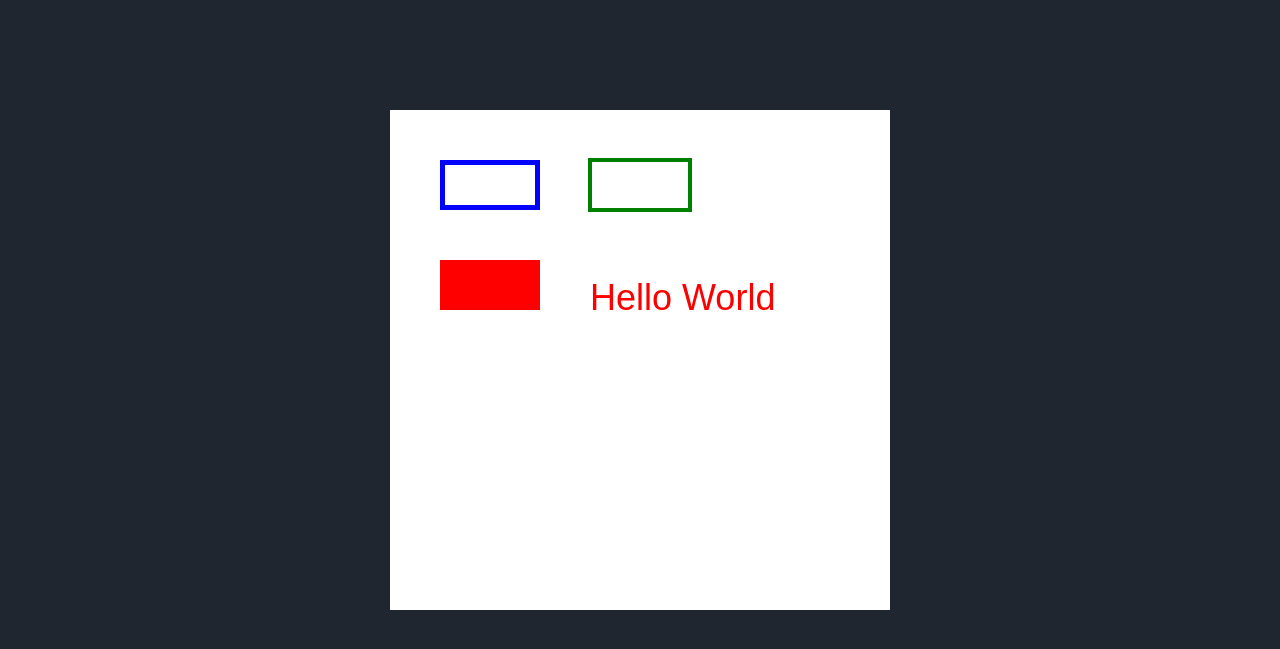
Repository: thecodeholic/cst-javascript-course
Page: /
An editor plug-in stored every save of this project. The page is shown before and after the next save, followed by the edit.
The browser window is 1280 px wide. The pictures show the whole page.
The project was rebuilt for these pictures with package versions that can differ from the ones it lists, and the page was loaded fresh each time.

Above is the page before, as saved 2020-11-25 09:41:21.

### index.html
<!doctype html>
<html lang="en">
  <head>
    <!-- Required meta tags -->
    <meta charset="utf-8">
    <meta name="viewport" content="width=device-width, initial-scale=1, shrink-to-fit=no">

    <!-- Bootstrap CSS -->
    <link rel="stylesheet" href="https://stackpath.bootstrapcdn.com/bootstrap/4.5.2/css/bootstrap.min.css" integrity="sha384-JcKb8q3iqJ61gNV9KGb8thSsNjpSL0n8PARn9HuZOnIxN0hoP+VmmDGMN5t9UJ0Z" crossorigin="anonymous">

    <title>Javascript Course</title>

    <link rel="stylesheet" href="app.css">
  </head>
  <body>
    <canvas id="myCanvas" width="500" height="500">Your browser does not support canvas</canvas>
    <script src="app.js"></script>
    <!-- <script src="homework.js"></script> -->
  </body>
</html>

### app.css
* {
    box-sizing: border-box;
}
html {
    height: 100%;
}

body {
    background-color: rgb(31, 38, 48);
    display: flex;
    align-items: center;
    justify-content: center;
    height: 100%;;
}

canvas {
    background-color: #FFF;

}

### app.js
// What is canvas?
// https://developer.mozilla.org/en-US/docs/Web/API/Canvas_API/Tutorial
// https://www.w3schools.com/html/html5_canvas.asp
// https://www.w3schools.com/graphics/canvas_intro.asp
// https://www.w3schools.com/graphics/canvas_reference.asp
// https://developer.mozilla.org/en-US/docs/Web/API/Canvas_API

// How to create it and use it
const canvas = document.getElementById('myCanvas');
const ctx = canvas.getContext('2d');

// Draw rectangles
// =================
// fillRect
ctx.fillStyle = 'blue';
ctx.fillRect(50, 50, 100, 50);
ctx.fillStyle = 'red';
ctx.fillRect(50, 150, 100, 50)

// strokeRect
ctx.strokeStyle = 'green';
ctx.lineWidth = 4;
ctx.strokeRect(200, 50, 100, 50);

// clearRect
ctx.clearRect(55, 55, 90, 40);

// fillText
ctx.font = '36px Arial';
ctx.fillText("Hello World", 200, 200)

// strokeText

// Paths   beginPath, moveTo, lineTo, closePath, stroke, fill
// ==============

// Arcs
// ====================

// Draw image
// ====================

// Write text
// ====================

// Ball animation

Loaded but not shown: src/index.js (no copy from this time; the picture is the same without it)

After the next save:
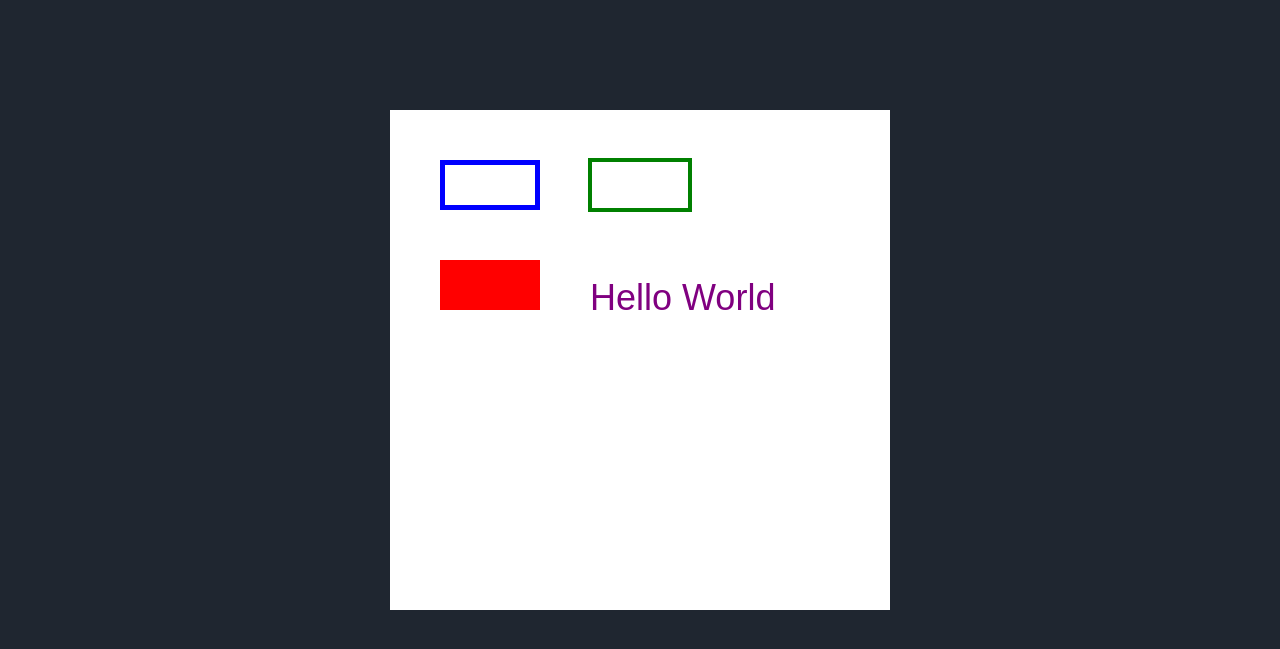
Saved 19 s later.
--- a/app.js
+++ b/app.js
@@ -27,6 +27,7 @@ ctx.clearRect(55, 55, 90, 40);
 
 // fillText
 ctx.font = '36px Arial';
+ctx.fillStyle = 'purple';
 ctx.fillText("Hello World", 200, 200)
 
 // strokeText
